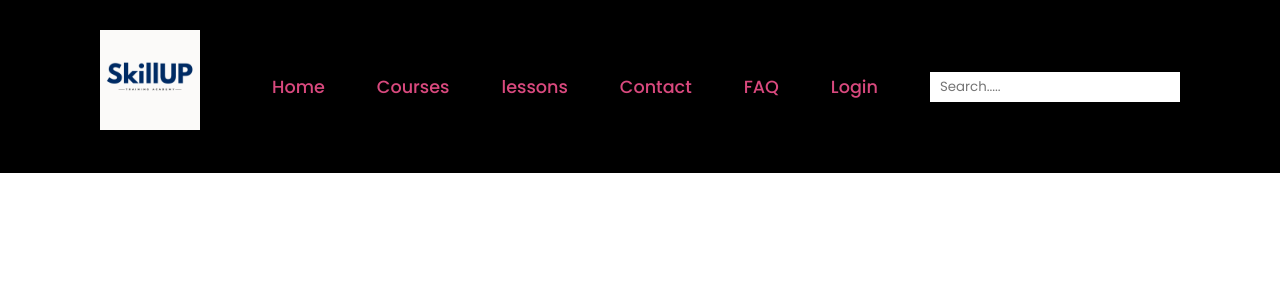
Repository: 2tzz/SkillUp-Academy
Page: home.html
The author's editor kept a copy of each file at every save. The page is drawn from the files as they stood at one save, then again after the next save.
The browser window is 1280 px wide. The pictures show the whole page.
Some web fonts or font styles are not loaded; a fallback is used.

Above is the page before, as saved 2022-10-22 12:39:37.

After the next save:
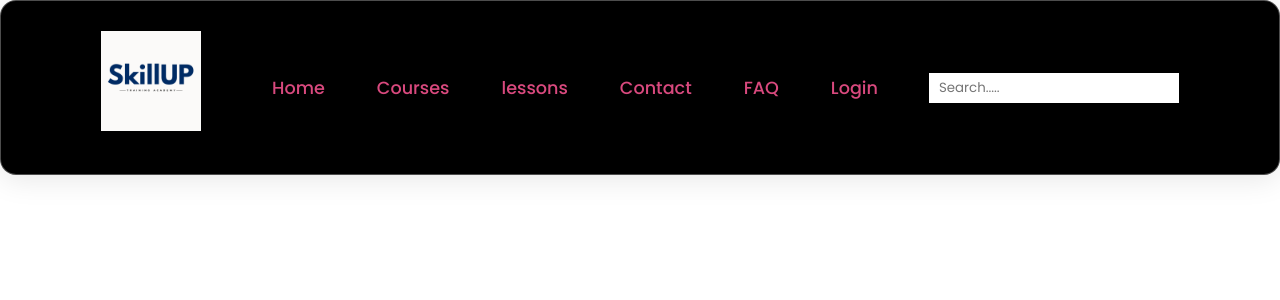
Saved 2 min 22 s later.
--- a/CSS/home.css
+++ b/CSS/home.css
@@ -15,6 +15,12 @@ body{
 }
 
 header{
+    background: rgba(255, 255, 255, 0.47);
+border-radius: 16px;
+box-shadow: 0 4px 30px rgba(0, 0, 0, 0.1);
+backdrop-filter: blur(5px);
+-webkit-backdrop-filter: blur(5px);
+border: 1px solid rgba(255, 255, 255, 0.3);
     background-color: black;
   z-index: 999;
   position: absolute;
